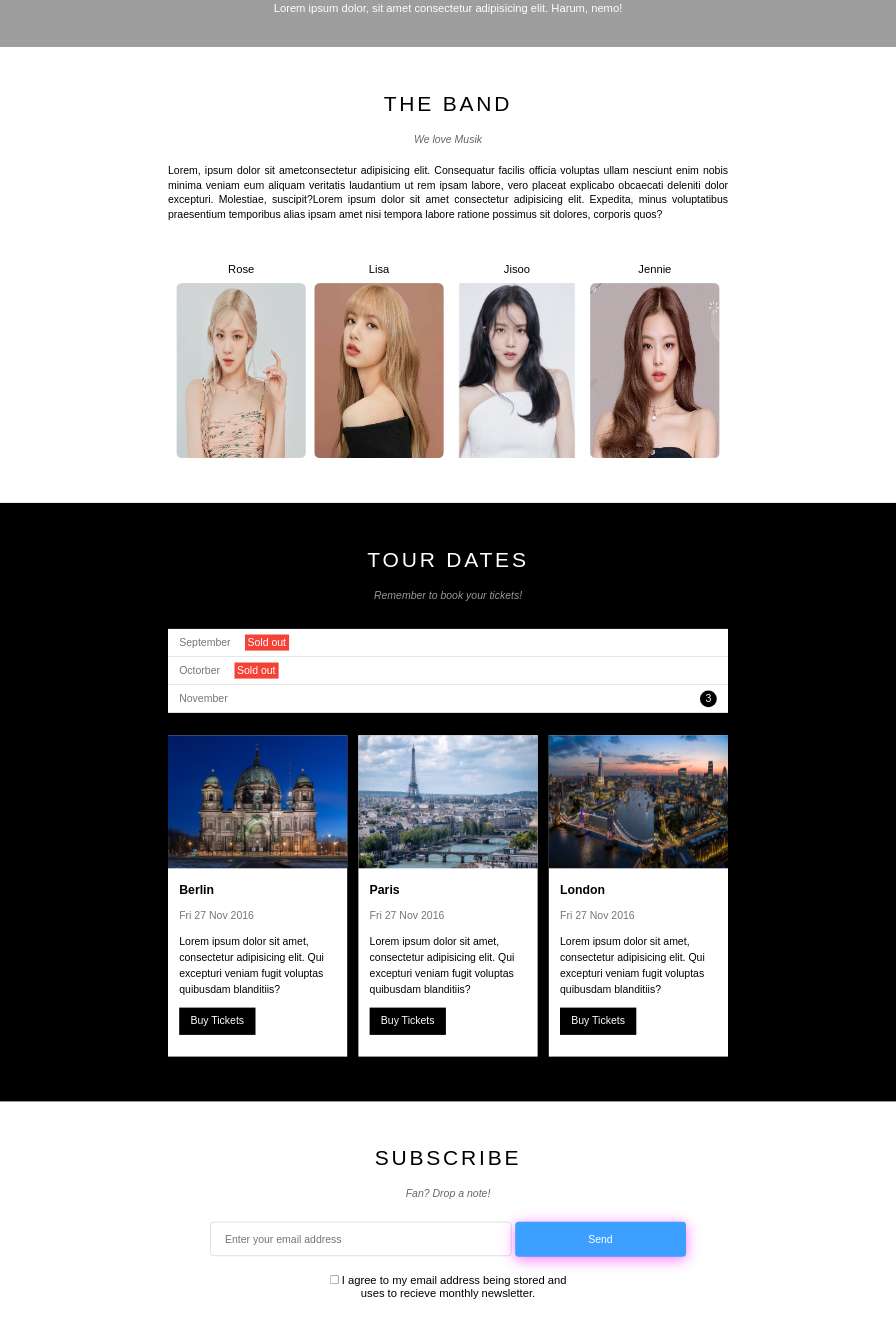
Repository: AiTrinh303/First-Project
Page: /
An editor plug-in stored every save of this project. The page is shown before and after the next save, followed by the edit.
The browser window is 1280 px wide. The pictures show the part of the page from y = 619 to 2539 px (the page is 2539 px tall), at 70% of full size.
Pictures or frames that could not be fetched are drawn as grey boxes. The project was rebuilt for these pictures with package versions that can differ from the ones it lists, and the page was loaded fresh each time.

Above is the page before, as saved 2024-01-23 10:15:18.

After the next save:
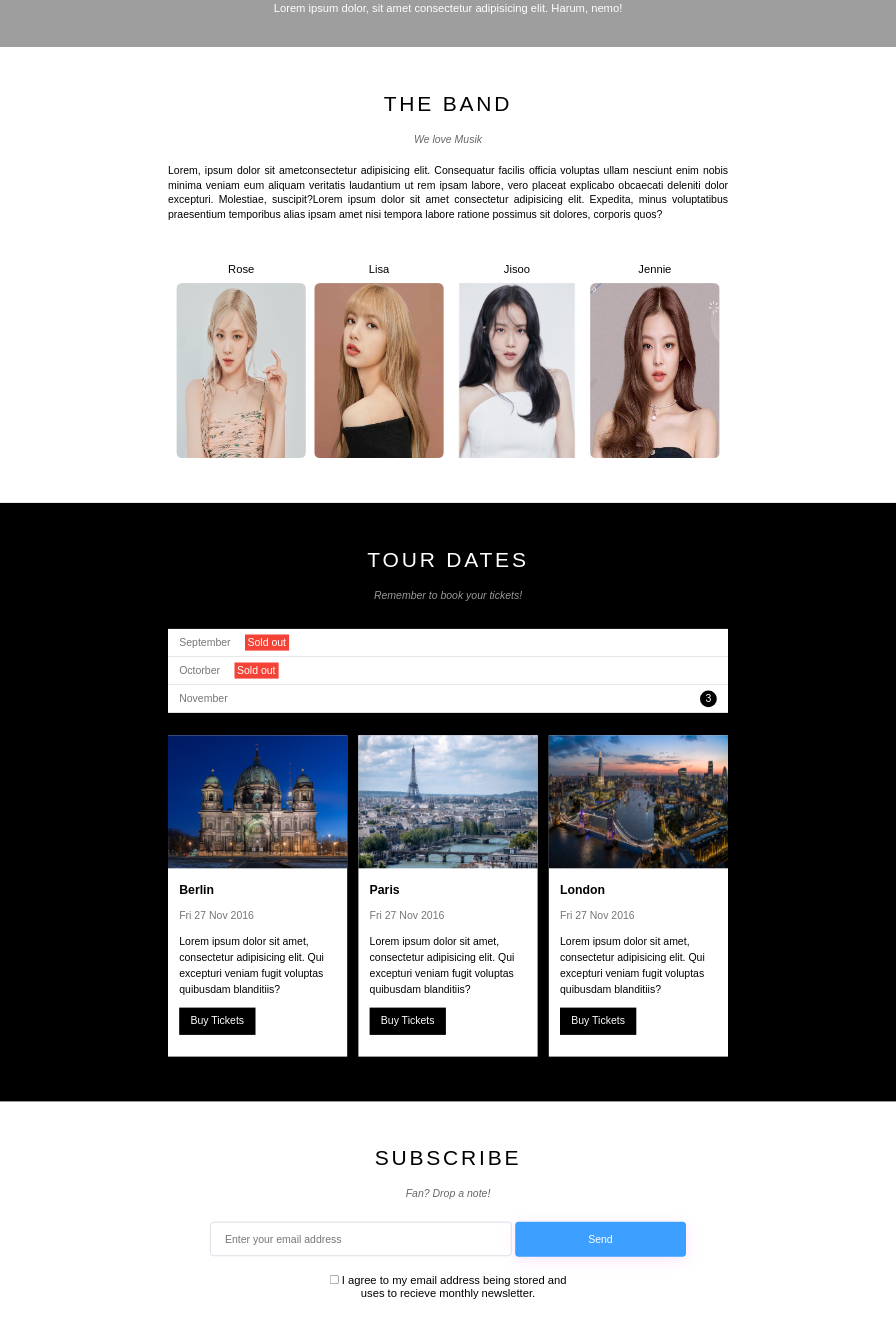
Saved 8 s later.
--- a/src/styles/main.css
+++ b/src/styles/main.css
@@ -303,7 +303,7 @@ height: 50px;
 border-radius: 5px;
 font-size: 15px;
 color: white;
-box-shadow: 0 4px 20px rgba(249, 61, 255, 0.7);
+box-shadow: 0 4px 20px rgba(254, 216, 255, 0.7);
 }
 
 .form__button:hover {
